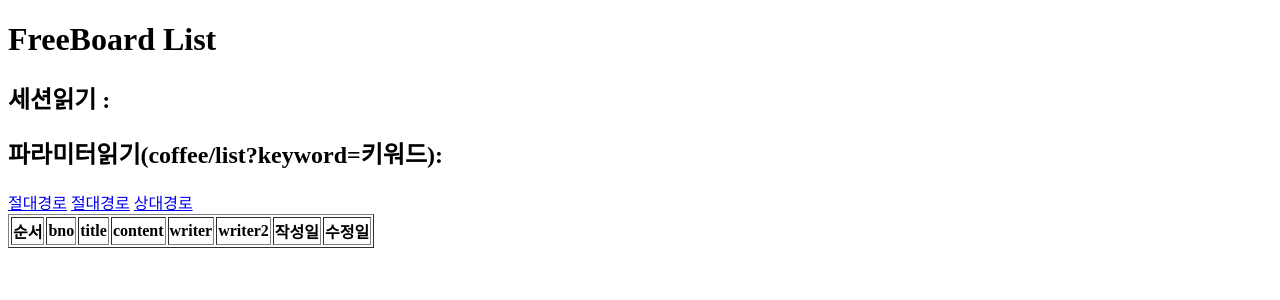
Repository: KJH412/studySpringBoot
Page: http://localhost/coffee/list
These files come from the project's save history. The page is drawn as it stood at one moment and after the next save; the edit follows.
The browser window is 1280 px wide. The pictures show the whole page.
The page is this project's Thymeleaf template; nobody is signed in. The template is opened directly, without the code that normally fills it, so the values that code supplies are empty.

Above is the page before, as saved 2024-07-25 02:19:42.

After the next save:
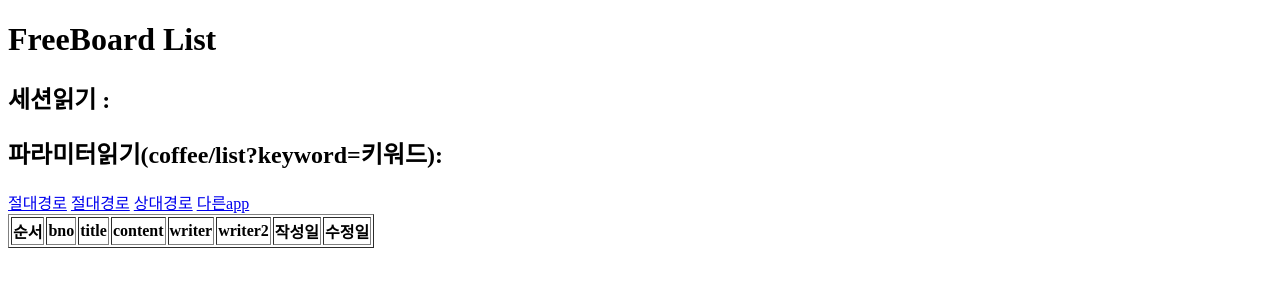
Saved 78 s later.
--- a/workspace-sts4.23/firstzone/src/main/resources/templates/coffee/list.html
+++ b/workspace-sts4.23/firstzone/src/main/resources/templates/coffee/list.html
@@ -11,6 +11,8 @@
 	<a th:href="@{/coffee/page1}">절대경로</a>
 	<a th:href="@{/http://localhost:9990/coffee/page1}">절대경로</a>
 	<a th:href="@{page1}">상대경로</a>
+	<a th:href="@{!/coffee/page1}">다른app</a>
+	<a th:href="@{!/coffee/page1}"></a>
 	<!-- 지역변수 사용시 with -->
 	<table border = "1", th:with="myuser='user2'">
 		<tr>
